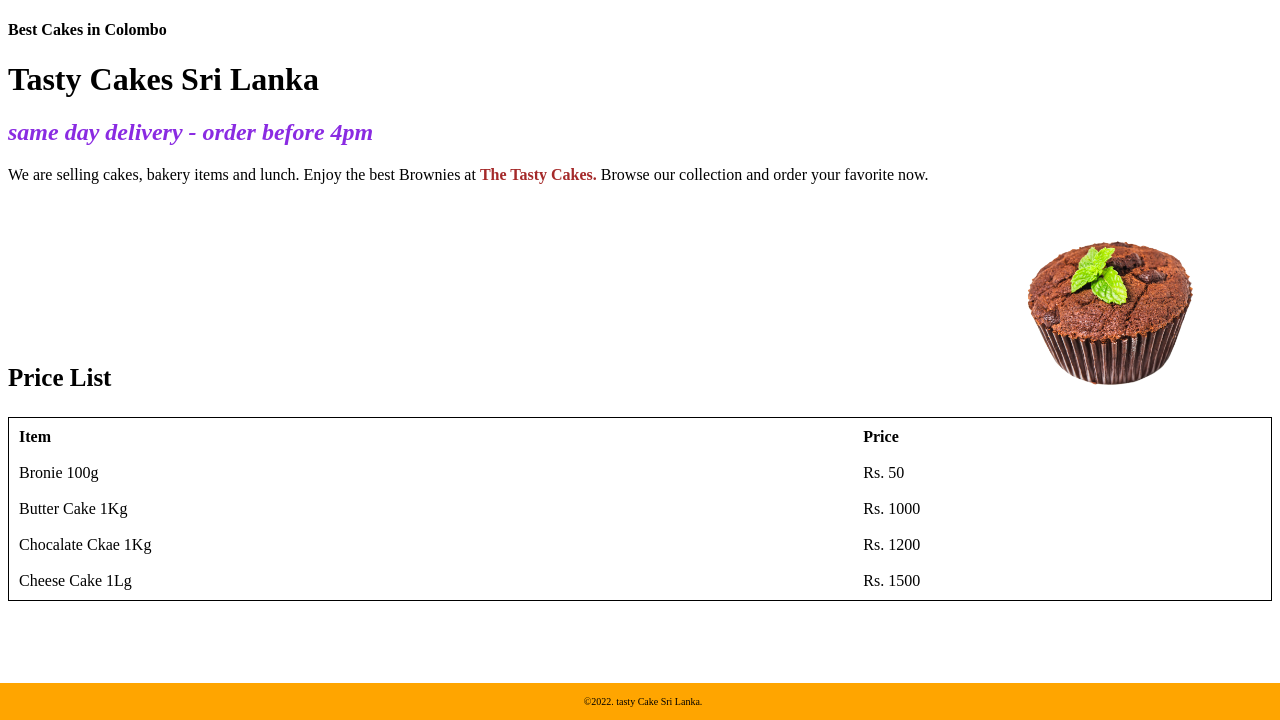
Repository: DhananjayaLakshan/Uom-Web_Design_For_Beginners
Page: work01/index.html
The author's editor kept a copy of each file at every save. The page is drawn from the files as they stood at one save, then again after the next save.
The browser window is 1280 px wide. The pictures show the whole page.

Above is the page before, as saved 2023-11-24 18:37:19.

### work01/index.html
<!DOCTYPE html>
<html lang="en">
<head>
    <title>Tasty Cakes Sri Lanka</title>
    <link rel="stylesheet" type="text/css" href="styles.css">
</head>
<body>
    <h4>Best Cakes in Colombo</h4>
    <h1>Tasty Cakes Sri Lanka</h1>

    <h2 class="tagline">same day delivery - order before 4pm </h2>
    <p>We are selling cakes, bakery items and lunch. Enjoy the best Brownies at <strong style="color: brown;"> The Tasty Cakes.</strong>
        Browse our collection and order your favorite now.</p>

    <img src="image-01.png" width="320px" alt="cake picture">


    <p class="pricetopic">Price List</p>
    <table>

        <tr>
            <th>Item</th>
            <th>Price</th>
        </tr>

        <tr>
            <td>Bronie 100g</td>
            <td>Rs. 50</td>
        </tr>

        <tr>
            <td>Butter Cake 1Kg</td>
            <td>Rs. 1000</td>
        </tr>

        <tr>
            <td>Chocalate Ckae 1Kg</td>
            <td>Rs. 1200</td>
        </tr>

        <tr>
            <td>Cheese Cake 1Lg</td>
            <td>Rs. 1500</td>
        </tr>

    </table>

    <footer>
        <p>&copy;2022. tasty Cake Sri Lanka.</p>
    </footer>


</body>
</html>

### work01/styles.css
.tagline{
    color: blueviolet;
    font-style: italic;
}

img{
    float: right;
    margin-top: -5px;
}

.pricetopic{
    margin-top: 180px;
    font-size: 25px;
    font-weight: bold;
}

table{
    border: 1px solid black;
    width: 100%;
    margin-bottom: 50px;

}

td,th{
    text-align: left;
    padding: 8px;
}

footer{
    text-align: center;
    font-family: 'Times New Roman', Times, serif;
    font-size: 10px;
    position: fixed;
    padding: 3px;
    background-color: orange;
    color:black;
    bottom: 0;
    left: 0;
    width: 100%;

}

After the next save:
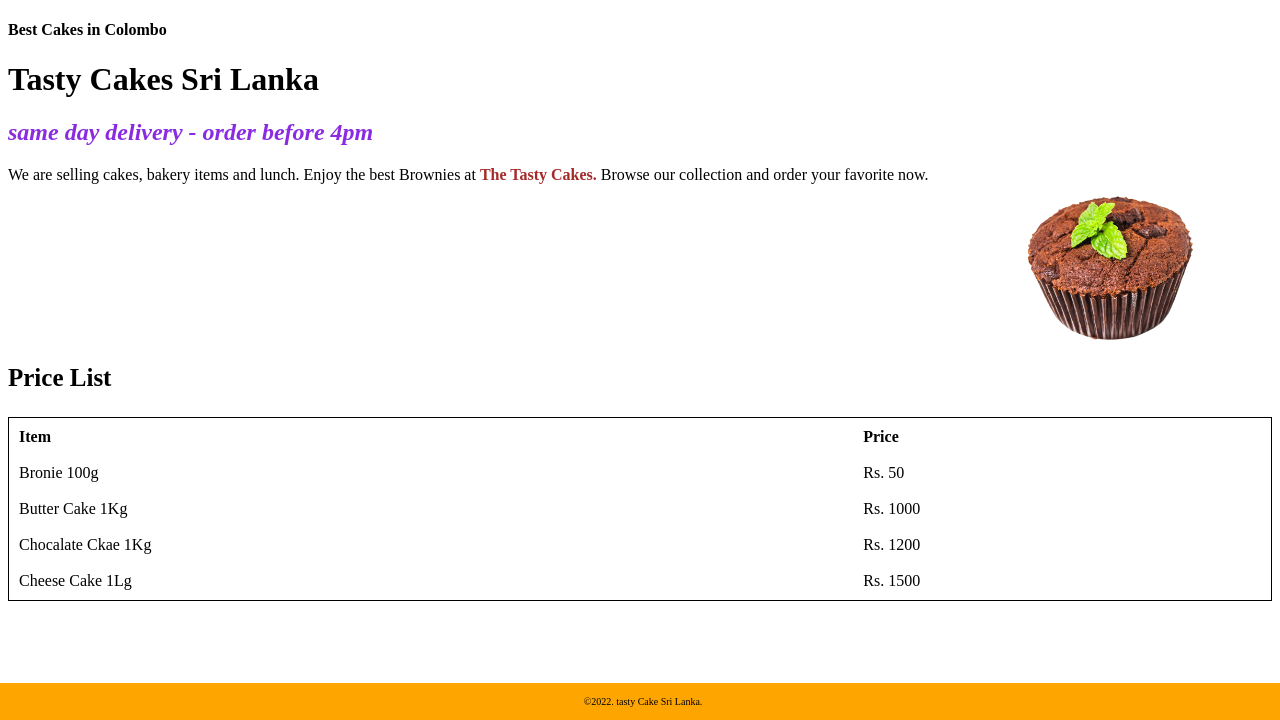
Saved 4 s later.
--- a/work01/styles.css
+++ b/work01/styles.css
@@ -5,7 +5,7 @@
 
 img{
     float: right;
-    margin-top: -5px;
+    margin-top: -50px;
 }
 
 .pricetopic{
